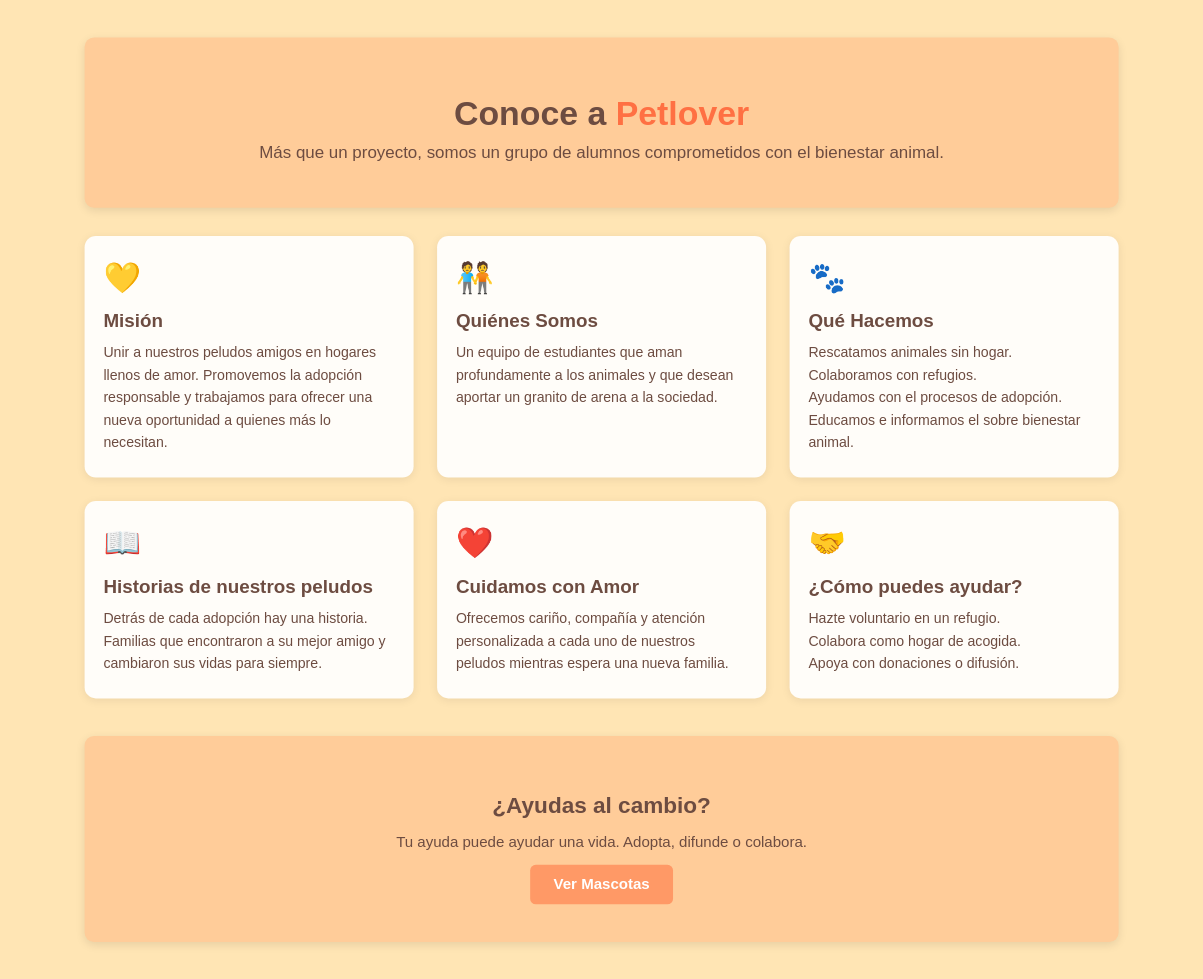
Repository: adriarodrisan/PetLover
Page: Paginas_web/SobreNosotros.html
These files come from the project's save history. The page is drawn as it stood at one moment and after the next save; the edit follows.
The browser window is 1280 px wide. The pictures show the whole page, at 94% of full size.

Above is the page before, as saved 2025-03-20 16:12:19.

After the next save:
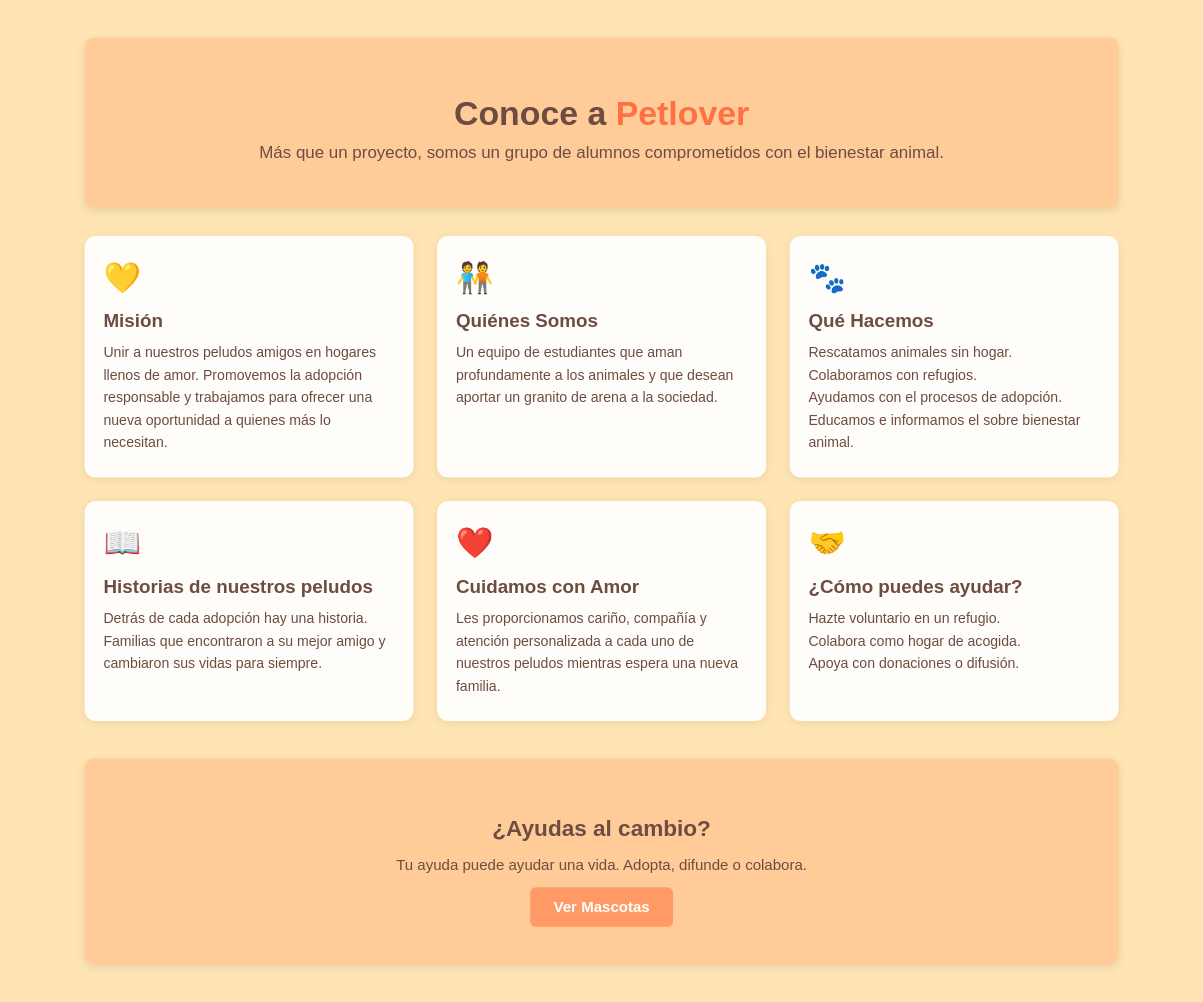
Saved 108 s later.
--- a/Paginas_web/SobreNosotros.html
+++ b/Paginas_web/SobreNosotros.html
@@ -43,7 +43,7 @@
               <div class="tarjeta">
                 <div class="icono">❤️</div>
                 <h2>Cuidamos con Amor</h2>
-                <p>Ofrecemos cariño, compañía y atención personalizada a cada uno de nuestros peludos mientras espera una nueva familia.</p>
+                <p>Les proporcionamos cariño, compañía y atención personalizada a cada uno de nuestros peludos mientras espera una nueva familia.</p>
               </div>
               <div class="tarjeta">
                 <div class="icono">🤝</div>
